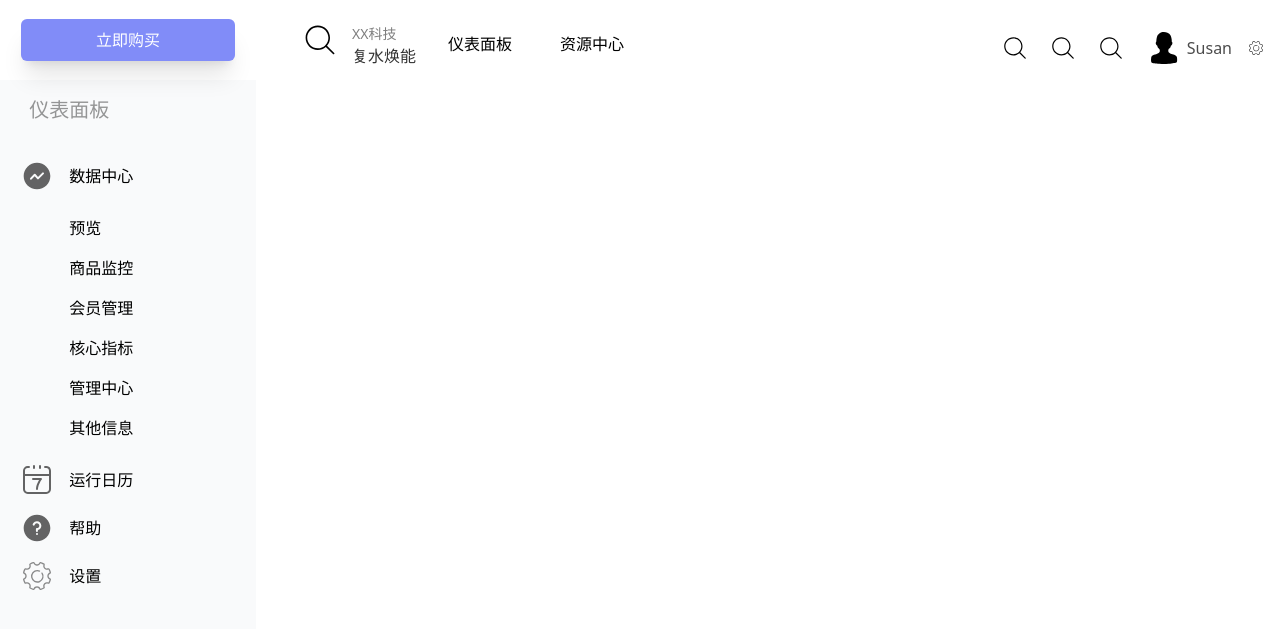
Repository: LiuRuohui/useWater
Page: /
These files come from the project's save history. The page is drawn as it stood at one moment and after the next save; the edit follows.
The browser window is 1280 px wide. The pictures show the whole page.
The project was rebuilt for these pictures with package versions that can differ from the ones it lists, and the page was loaded fresh each time. Also part of the build but not shown: vite.config.js.

Above is the page before, as saved 2022-04-06 09:55:39.

After the next save:
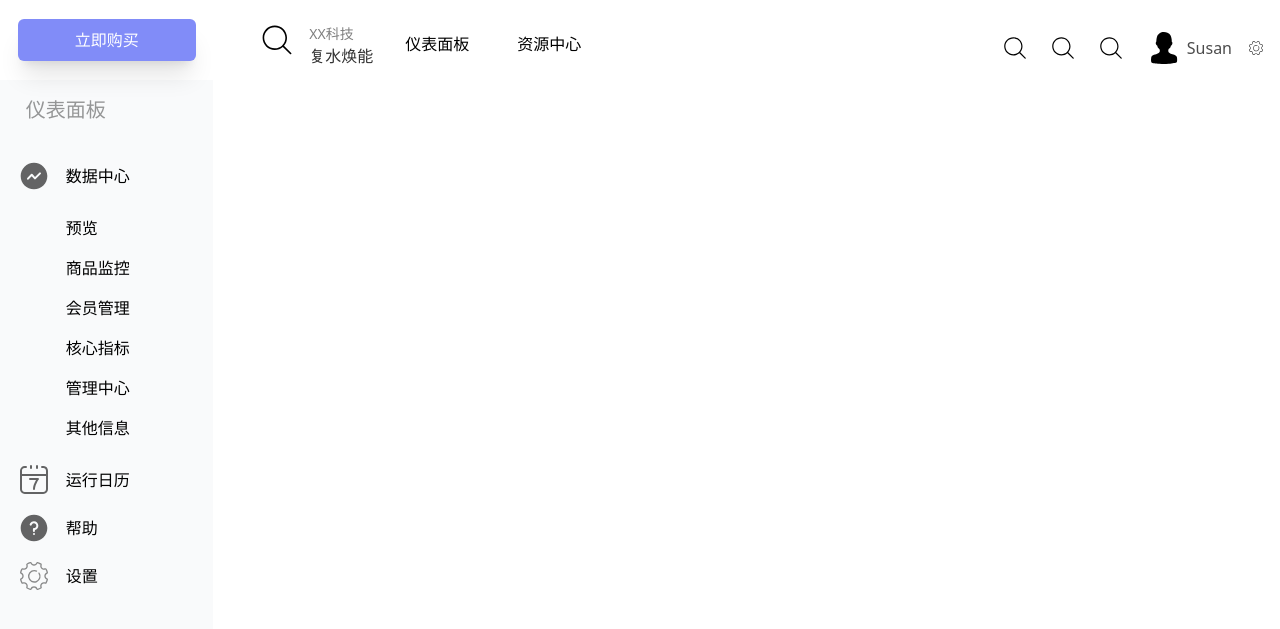
Saved 13 h 6 min later.
--- a/src/components/HelloWorld.vue
+++ b/src/components/HelloWorld.vue
@@ -44,7 +44,7 @@
         </div>
     </div>
   </div>
-  <div class="flex flex-grow flex-col">
+  <div class="w-full flex flex-grow flex-col">
       <div class="flex flex-row h-24">
           <img src="../assets/搜索.svg" alt="" class="h-8 mt-6 pl-12 hover:cursor-pointer">
           <div class="flex flex-col pt-6 px-4 hover:cursor-pointer">
@@ -62,6 +62,9 @@
               <img src="../assets/搜索.svg" alt="" class="h-6 mt-9 mr-6 hover:cursor-pointer hover:bg-blue-100">
           </div>
       </div>
+      <div class="w-full ">
+
+      </div>
   </div>
 </div>
 </template>
